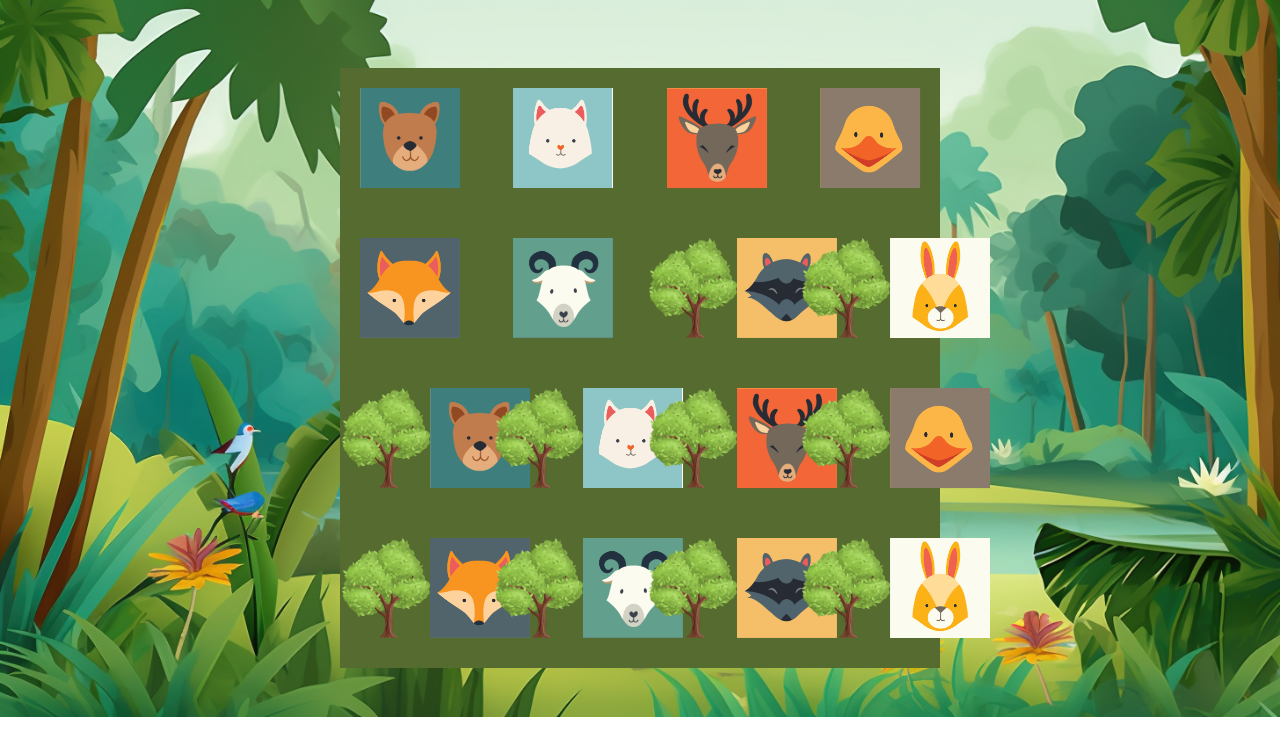
Repository: GloGlorGloria/frontend-final-project
Page: index.html
These files come from the project's save history. The page is drawn as it stood at one moment and after the next save; the edit follows.
The browser window is 1280 px wide. The pictures show the whole page.
Some web fonts or font styles are not loaded; a fallback is used.

Above is the page before, as saved 2024-05-14 11:44:49.

### index.html
<!DOCTYPE html>
<html lang="en">
<head>
    <meta charset="UTF-8">
    <meta name="viewport" content="width=device-width, initial-scale=1.0">
    <title>Final Project - Memory Card Game</title>
    <link rel ="stylesheet" href ="style.css">
    <link rel="preconnect" href="https://fonts.googleapis.com">
    <link rel="preconnect" href="https://fonts.gstatic.com" crossorigin>
    <link href="https://fonts.googleapis.com/css2?family=Poetsen+One&display=swap" rel="stylesheet">
</head>
<body>
    <div class="cardContainer">
        <ul class="cards">
            <li class="card">
                <div class="view cardClosed">
                    <img class="cardClosedImage" src ="images/tree_cardClosed.png" alt="card closed image">
                </div>
                <div class="view cardOpened">
                    <img class="cardImage" src ="images/bear.png" alt="card image">
                </div>
            </li>
            <li class="card">
                <div class="view cardClosed">
                    <img class="cardClosedImage" src ="images/tree_cardClosed.png" alt="card closed image">
                </div>
                <div class="view cardOpened">
                    <img class="cardImage" src ="images/cat.png" alt="card image">
                </div>
            </li>
            <li class="card">
                <div class="view cardClosed">
                    <img class="cardClosedImage" src ="images/tree_cardClosed.png" alt="card closed image">
                </div>
                <div class="view cardOpened">
                    <img class="cardImage" src ="images/deer.png" alt="card image">
                </div>
            </li>
            <li class="card">
                <div class="view cardClosed">
                    <img class="cardClosedImage" src ="images/tree_cardClosed.png" alt="card closed image">
                </div>
                <div class="view cardOpened">
                    <img class="cardImage" src ="images/duck.png" alt="card image">
                </div>
            </li>
            <li class="card">
                <div class="view cardClosed">
                    <img class="cardClosedImage" src ="images/tree_cardClosed.png" alt="card closed image">
                </div>
                <div class="cardOpened">
                    <img class="cardImage" src ="images/fox.png" alt="card image">
                </div>
            </li>
            <li class="card">
                <div class="view cardClosed">
                    <img class="cardClosedImage" src ="images/tree_cardClosed.png" alt="card closed image">
                </div>
                <div class="view cardOpened">
                    <img class="cardImage" src ="images/goat.png" alt="card image">
                </div>
            </li>
            <li class="card">
                <div class="cardClosed">
                    <img class="cardClosedImage" src ="images/tree_cardClosed.png" alt="card closed image">
                </div>
                <div class="cardOpened">
                    <img class="cardImage" src ="images/raccoon.png" alt="card image">
                </div>
            </li>
            <li class="card">
                <div class="cardClosed">
                    <img class="cardClosedImage" src ="images/tree_cardClosed.png" alt="card closed image">
                </div>
                <div class="cardOpened">
                    <img class="cardImage" src ="images/rabbit.png" alt="card image">
                </div>
            </li>
            <li class="card">
                <div class="cardClosed">
                    <img class="cardClosedImage" src ="images/tree_cardClosed.png" alt="card closed image">
                </div>
                <div class="cardOpened">
                    <img class="cardImage" src ="images/bear.png" alt="card image">
                </div>
            </li>
            <li class="card">
                <div class="cardClosed">
                    <img class="cardClosedImage" src ="images/tree_cardClosed.png" alt="card closed image">
                </div>
                <div class="cardOpened">
                    <img class="cardImage" src ="images/cat.png" alt="card image">
                </div>
            </li>
            <li class="card">
                <div class="cardClosed">
                    <img class="cardClosedImage" src ="images/tree_cardClosed.png" alt="card closed image">
                </div>
                <div class="cardOpened">
                    <img class="cardImage" src ="images/deer.png" alt="card image">
                </div>
            </li>
            <li class="card">
                <div class="cardClosed">
                    <img class="cardClosedImage" src ="images/tree_cardClosed.png" alt="card closed image">
                </div>
                <div class="cardOpened">
                    <img class="cardImage" src ="images/duck.png" alt="card image">
                </div>
            </li>
            <li class="card">
                <div class="cardClosed">
                    <img class="cardClosedImage" src ="images/tree_cardClosed.png" alt="card closed image">
                </div>
                <div class="cardOpened">
                    <img class="cardImage" src ="images/fox.png" alt="card image">
                </div>
            </li>
            <li class="card">
                <div class="cardClosed">
                    <img class="cardClosedImage" src ="images/tree_cardClosed.png" alt="card closed image">
                </div>
                <div class="cardOpened">
                    <img class="cardImage" src ="images/goat.png" alt="card image">
                </div>
            </li>
            <li class="card">
                <div class="cardClosed">
                    <img class="cardClosedImage" src ="images/tree_cardClosed.png" alt="card closed image">
                </div>
                <div class="cardOpened">
                    <img class="cardImage" src ="images/raccoon.png" alt="card image">
                </div>
            </li>
            <li class="card">
                <div class="cardClosed">
                    <img class="cardClosedImage" src ="images/tree_cardClosed.png" alt="card closed image">
                </div>
                <div class="cardOpened">
                    <img class="cardImage" src ="images/rabbit.png" alt="card image">
                </div>
            </li>
        </ul>
    </div>

    <script src="script.js"></script>
</body>
</html>

### style.css
.poetsen-one-regular {
    font-family: "Poetsen One", sans-serif;
    font-weight: 400;
    font-style: normal;
  }

body{
  display:flex;
  align-items: center;
  justify-content: center;
  min-height: 100vh;
  background-image: url(images/forest.jpeg);
  background-size: 100%;
  background-repeat: no-repeat;
}

.cardImage{
  width:100px;
  height:100px;
}

.cardClosedImage{
  width:100px;
  height: 100px;
}

.cardContainer{
  width: 600px;
  height: 600px;
  background-color: darkolivegreen;
  margin:0;
  padding:0;
}

.cards, .card, .cardClosed, .cardOpened{
  display: flex;
  width:100%;
  height:100%;
}

.cards{
  flex-wrap:wrap;
  margin: 0 auto;
  padding: 20px;
  justify-content: space-between;
}

.card .cardClosed {
  max-width: 50%;
}

.cards .card {
  cursor: pointer;
  position: relative;
  height: calc(100% /4 - 10px);
  width: calc(100% /4 - 10px);
  perspective: 800px;
  transform-style: preserve-3d;
}

/* this is not working */
.cards .card .view{
  width:100%;
  height:100%;
  position: absolute;
  pointer-events: none;
  user-select: none;
  transition: transform 0.25s linear;
  backface-visibility: hidden;
}

.card .cardClosed{
  transform: rotateY(-180deg);
}

.card.hover .cardClosed{
  transform: rotateY(0);
  /* display: none; */
}


.card.hover .cardOpened{
  transform: rotateY(180deg);
  /* display: none; */
}

### script.js
const cards = document.querySelectorAll(".card");

let cardOne, cardTwo;

function flipCard(e) {
    let clickedCard = e.target;
    if(clickedCard !== cardOne) {
        clickedCard.classList.add("flip");
        if(!cardOne) {
            return cardOne = clickedCard;
        }
        cardTwo = clickedCard;

        let cardOneImg = cardOne.querySelector("img"),
        cardTwoImg = cardTwo.querySelector("img");
        matchCards(cardOneImg, cardTwoImg);
    }
}

function matchCards(img1, img2) {
    console.log(img1, img2);
}

cards.forEach(card => {
    card.addEventListener("click", flipCard);
});

After the next save:
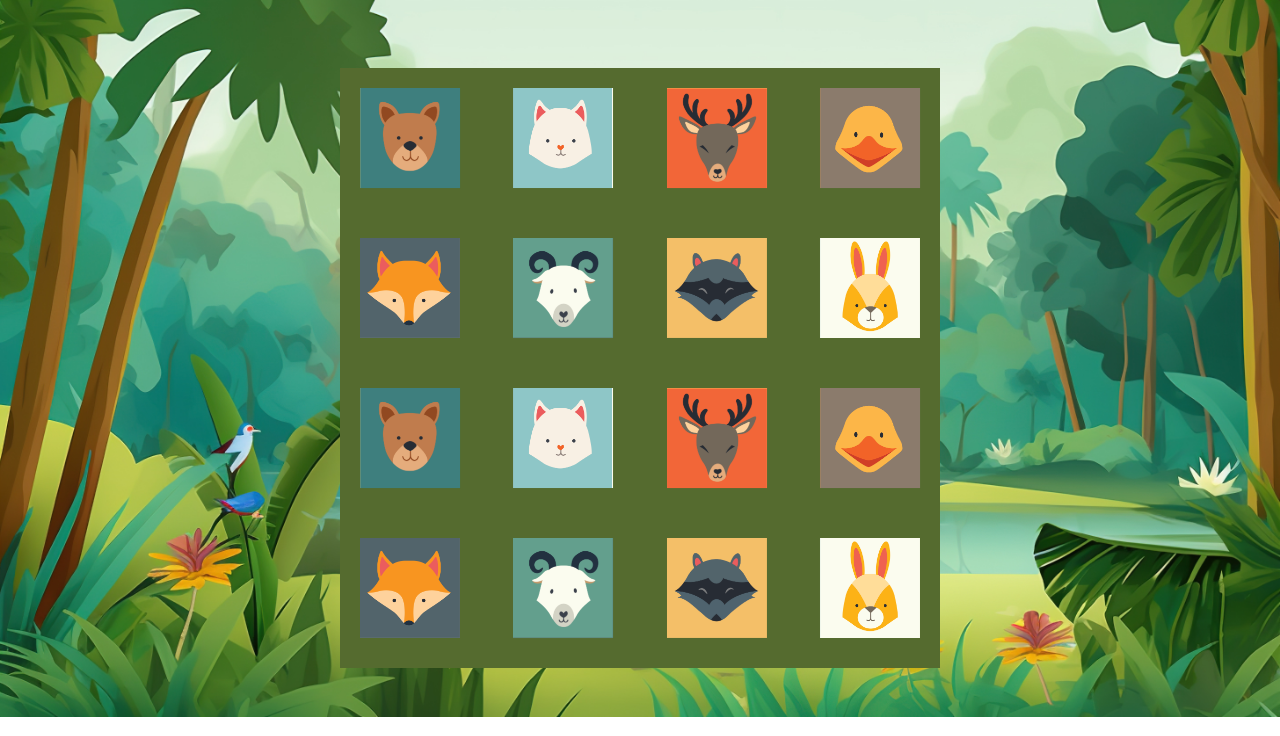
Saved 57 s later.
--- a/style.css
+++ b/style.css
@@ -59,14 +59,15 @@ body{
 }
 
 /* this is not working */
-.cards .card .view{
+.cards .card .cardClosed,
+.cards .card .cardOpened{
   width:100%;
   height:100%;
   position: absolute;
   pointer-events: none;
   user-select: none;
   transition: transform 0.25s linear;
-  backface-visibility: hidden;
+  backface-visibility:hidden;
 }
 
 .card .cardClosed{
